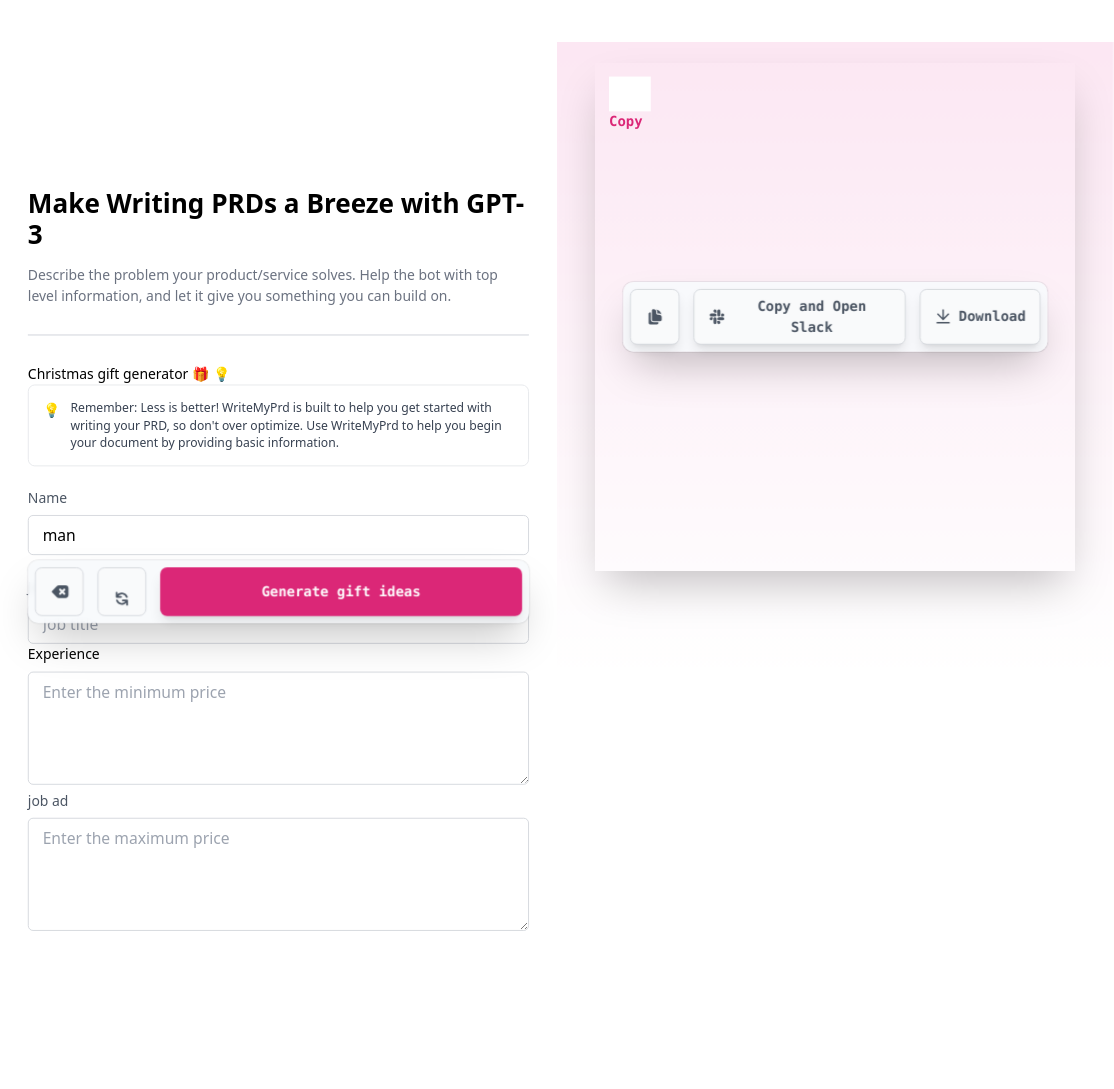
Repository: hamza-mastar/chatgpt-jpbad
Page: /
The author's editor kept a copy of each file at every save. The page is drawn from the files as they stood at one save, then again after the next save.
The browser window is 1280 px wide. The pictures show the whole page, at 87% of full size.
The project was rebuilt for these pictures with package versions that can differ from the ones it lists, and the page was loaded fresh each time. The framework's server and built-in components were replaced by stand-ins that run in the browser.

Above is the page before, as saved 2023-01-30 16:36:02.

### pages/_app.js
import 'tailwindcss/tailwind.css'

import '../styles/globals.css'

export default function MyApp({ Component, pageProps }) {
  return <Component {...pageProps} />
}

### pages/index.js
import Head from 'next/head';
import React from 'react';
import { useState } from 'react';
import ReactDOM from 'react-dom';
import {CopyToClipboard} from 'react-copy-to-clipboard';

import styles from './index.module.css';


// import './gifts.css'







export default function Home() {
  const [name, setName] = useState('man');
  const [job_title, setJob_title] = useState("");
  const [experience, setExperience] = useState("");
  const [job_ad, setJob_ad] = useState("");

  const [loading, setLoading] = useState(false);

  const [result, setResult] = useState('');


  const [copy,setCopy] = useState(false)

  async function onSubmit(event) {
    event.preventDefault();
    if (loading) {
      return;
    }
    setLoading(true);
    setResult('hamza');
    const response = await fetch('/api/generate-gifts', {
      method: 'POST',
      headers: {
        'Content-Type': 'application/json',
      },
      body: JSON.stringify({ name, job_title, experience, job_ad}),
    });
    const data = await response.json();
    setResult(data.result.replaceAll('\n', '<br />'));
    setLoading(false);

  }


  return (
    <>



    <dody class="h-full px-5 sm:px-6">
      <div class="flex relative sm:flex-col md: flex-col">

      <Head>
        <title>OpenAI Quickstart</title>
        <link rel="icon" href="/dog.png" />
      </Head>

      <main className={styles.main}>
     <div class="min-h-screen w-full lg:w-1/2 relative">
    <div class="h-full px-5 sm:px-6">
      <div class="h-full w-full max-w-xl mx-auto flex flex-col after:mt-auto after:flex-1">
        <header class="sm:flex-1 flex mb-auto sm:py-10 pt-6 items-center sm:justify-between flex-col sm:flex-row" >
          <div class="flex items-center justify-between h-24 md:h-20"> </div>

            {/* logo icone login  */}
            </header>
            <div class="flex-1 py-8">
           <div  class="mb-4" >
           <h1 class="text-3xl font-bold font-inter mb-2"> Make Writing PRDs a Breeze with GPT-3 </h1>
           <div class="text-gray-500 mt-4 mb-6"> Describe the problem your product/service solves. Help the bot with top level information, and let it give you something you can build on. </div>
           <div class="divide-y divide-gray-200 my-8 relative border"></div>





        <h3  >Christmas gift generator 🎁 💡</h3>
        <form  onSubmit={onSubmit} class="mb-12 relative">
        <div class="rounded-lg bg-white border p-4"><div class="flex"><div class="flex-shrink-0">💡</div><div class="ml-3 flex-1 md:flex md:justify-between"><p class="text-sm text-gray-700 font-medium"> Remember: Less is better! WriteMyPrd is built to help you get started with writing your PRD, so don't over optimize. Use WriteMyPrd to help you begin your document by providing basic information. </p></div></div></div>
        <div>
          <div class="py-6">
          <label class="relative transition text-gray-600 focus-within:text-gray-800 block" >Name</label>
          <input class="outline-none focus:outline-none text-lg bg-white rounded-md px-4 py-2 w-full border  focus:border-gray-400 border-gray-300 font-regular mt-2 transition-all undefined "
            type="text"
            name="name"
            placeholder="Enter the Name"
            value={name}
            onChange={(e) => setName(e.target.value)}
          />
          </div>


          <label class="relative transition text-gray-600 focus-within:text-gray-800 block">Job title</label>
          <input class="outline-none focus:outline-none text-lg bg-white rounded-md px-4 py-2 w-full border  focus:border-gray-400 border-gray-300 font-regular mt-2 transition-all undefined "
            type="text"
            name="job_title"
            placeholder="Job title"
            value={job_title}
            onChange={(e) => setJob_title(e.target.value)}
          />

          <label>Experience </label>
          <textarea class="form-textarea outline-none focus:outline-none text-lg bg-white rounded-md px-4 py-2 w-full border  focus:border-gray-400 border-gray-300 font-regular mt-2 transition-all undefined " rows="4"
          type="textarea"
          name="experience"
          placeholder="Enter the minimum price"
          value={experience}
          onChange={(e) => setExperience(e.target.value)} >

            </textarea>

          <label class="relative transition text-gray-600 focus-within:text-gray-800 block"> job ad</label>
          <textarea class="form-textarea outline-none focus:outline-none text-lg bg-white rounded-md px-4 py-2 w-full border  focus:border-gray-400 border-gray-300 font-regular mt-2 transition-all undefined " rows="4"
            type="text"
            name="job_ad"
            placeholder="Enter the maximum price"
            value={job_ad}
            onChange={(e) => setJob_ad(e.target.value)}
          ></textarea>


          <div class="sticky bottom-1 left-0 right-0 px-2 py-2 font-semibold text-sm text-slate-900 bg-slate-50/90 backdrop-blur-sm ring-1 ring-slate-900/10 space-x-4 rounded-xl shadow-2xl">
            <div class="flex gap-4 text-white text-sm font-bold font-mono leading-6 bg-stripes-indigo rounded-lg">
            <button id="clearAll" class="p-4 w-14 h-14 flex-none rounded-lg flex items-center justify-center bg-gray-50 border border-gray-300 text-gray-600 hover:bg-gray-100"><div tooltip="Clear All" position="top" class="w-full" data-v-47bc123b=""><svg class="w-6 h-6" fill="currentColor" viewBox="0 0 20 20" xmlns="http://www.w3.org/2000/svg"><path fill-rule="evenodd" d="M6.707 4.879A3 3 0 018.828 4H15a3 3 0 013 3v6a3 3 0 01-3 3H8.828a3 3 0 01-2.12-.879l-4.415-4.414a1 1 0 010-1.414l4.414-4.414zm4 2.414a1 1 0 00-1.414 1.414L10.586 10l-1.293 1.293a1 1 0 101.414 1.414L12 11.414l1.293 1.293a1 1 0 001.414-1.414L13.414 10l1.293-1.293a1 1 0 00-1.414-1.414L12 8.586l-1.293-1.293z" clip-rule="evenodd"></path></svg></div></button>
            <button id="re-generate-prd" class="w-14 h-14 flex-none rounded-lg flex items-center justify-center bg-gray-50 border border-gray-300 text-gray-600 hover:bg-gray-100"><div tooltip="Re-generate PRD" position="top" class="w-full" data-v-47bc123b=""><svg class="w-full mt-[30%] h-5 text-gray-600 mr-1" fill="currentColor" viewBox="0 0 20 20" xmlns="http://www.w3.org/2000/svg"><path fill-rule="evenodd" d="M4 2a1 1 0 011 1v2.101a7.002 7.002 0 0111.601 2.566 1 1 0 11-1.885.666A5.002 5.002 0 005.999 7H9a1 1 0 010 2H4a1 1 0 01-1-1V3a1 1 0 011-1zm.008 9.057a1 1 0 011.276.61A5.002 5.002 0 0014.001 13H11a1 1 0 110-2h5a1 1 0 011 1v5a1 1 0 11-2 0v-2.101a7.002 7.002 0 01-11.601-2.566 1 1 0 01.61-1.276z" clip-rule="evenodd"></path></svg></div></button>

          <input class="sm:p-4 p-3 pt-4 grow rounded-lg flex items-center justify-center bg-pink-600 hover:bg-pink-800 shadow-lg text-xs sm:text-base" type="submit" value="Generate gift ideas" />
          </div>
          </div>
          </div>
        </form>
        </div>
       </div>
        </div>
        </div>
          </div>

          {/* loging page ////////////////// */}
          <div class="relative lg:fixed right-0 bottom-0 lg:block lg:w-1/2 overflow-hidden sm:px-5 lg:h-full h-auto overflow-y-auto top-12">
          <div class="relative  lg:fixed right-0 bottom-0 lg:block lg:w-1/2 overflow-hidden sm:px-5 lg:h-full h-auto overflow-y-auto top-12">
            <div class="absolute inset-0 bg-gradient-to-b from-pink-100 to-white  -z-10" >
              <div class="relative lg:fixed right-0 bottom-0 lg:block lg:w-1/2 overflow-hidden sm:px-5 lg:h-full h-auto overflow-y-auto top-12">
                <div class="h-auto">
                <div class="p-6 pb-0 h-[calc(100vh-6rem)]" >
                <div class="form-textarea relative text-base  w-full p-4 px-8 overflow-scroll h-[calc(100%-1rem)] shadow-2xl flex items-center justify-center" >
                <div class="text-pink-600 font-mono text-left text-base font-semibold absolute top-4 left-4">
        {loading && (
          <div>
            <h3>Looking for the best gift ideas 🎁 💡</h3>
            <img src="/loading.gif" className={styles.loading} />
          </div>



        )}
        <div type="text" onChange={(e)=>seResult(e.target.result.replaceAll('\n', '<br/>'))}
        class="whitespace-pre-wrap text-gray-800 bg-white h-auto text-lg divide-y px-4 pt-5 pb-4 sm:p-6 sm:pb-4 "
          className={styles.result}
          dangerouslySetInnerHTML={{ __html: result }}



        />


      <CopyToClipboard text={result}
          onCopy={() =>setCopy(true)}>
           <button className={`${copy ? 'copied' : 'copy' }`}>
             {copy ? 'Copied' : "Copy"}
           </button>
        </CopyToClipboard>


        </div>
        <div class="sticky bottom-1 left-0 right-0 px-2 py-2 font-semibold text-sm text-slate-900 bg-slate-50/90 backdrop-blur-sm ring-1 ring-slate-900/10 space-x-4 rounded-xl shadow-2xl">
            <div class="flex gap-4 text-white text-sm font-bold font-mono leading-6 bg-stripes-indigo rounded-lg">
  <button class="grow h-16 p-0 sm:p-[1.1rem] w-20 sm:w-auto h-auto rounded-lg flex items-center justify-center bg-gray-50 border-gray-300 text-gray-600 hover:bg-gray-100 shadow-lg border"><svg xmlns="http://www.w3.org/2000/svg" viewBox="0 0 24 24" fill="currentColor" class="h-5 w-5 flex-shrink-0 text-gray-600"><path d="M7.5 3.375c0-1.036.84-1.875 1.875-1.875h.375a3.75 3.75 0 013.75 3.75v1.875C13.5 8.161 14.34 9 15.375 9h1.875A3.75 3.75 0 0121 12.75v3.375C21 17.16 20.16 18 19.125 18h-9.75A1.875 1.875 0 017.5 16.125V3.375z"></path><path d="M15 5.25a5.23 5.23 0 00-1.279-3.434 9.768 9.768 0 016.963 6.963A5.23 5.23 0 0017.25 7.5h-1.875A.375.375 0 0115 7.125V5.25zM4.875 6H6v10.125A3.375 3.375 0 009.375 19.5H16.5v1.125c0 1.035-.84 1.875-1.875 1.875h-9.75A1.875 1.875 0 013 20.625V7.875C3 6.839 3.84 6 4.875 6z"></path></svg>
  </button>
  <button class="p-4 grow w-auto h-16 rounded-lg flex items-center justify-center bg-gray-50 border border-gray-300 text-gray-600 hover:bg-gray-100 shadow-lg text-xs sm:text-base"><svg fill="currentColor" class="h-5 w-5 flex-shrink-0 text-gray-600 mr-2" viewBox="0 0 24 24" xmlns="http://www.w3.org/2000/svg"><path d="M6.194 14.644c0 1.16-.943 2.107-2.103 2.107a2.11 2.11 0 0 1-2.104-2.107 2.11 2.11 0 0 1 2.104-2.106h2.103v2.106zm1.061 0c0-1.16.944-2.106 2.104-2.106a2.11 2.11 0 0 1 2.103 2.106v5.274a2.11 2.11 0 0 1-2.103 2.106 2.108 2.108 0 0 1-2.104-2.106v-5.274zm2.104-8.455c-1.16 0-2.104-.948-2.104-2.107s.944-2.106 2.104-2.106a2.11 2.11 0 0 1 2.103 2.106v2.107H9.359zm0 1.06a2.11 2.11 0 0 1 2.103 2.107 2.11 2.11 0 0 1-2.103 2.106H4.092a2.11 2.11 0 0 1-2.104-2.106 2.11 2.11 0 0 1 2.104-2.107h5.267zm8.447 2.107c0-1.16.943-2.107 2.103-2.107a2.11 2.11 0 0 1 2.104 2.107 2.11 2.11 0 0 1-2.104 2.106h-2.103V9.356zm-1.061 0c0 1.16-.944 2.106-2.104 2.106a2.11 2.11 0 0 1-2.103-2.106V4.082a2.11 2.11 0 0 1 2.103-2.106c1.16 0 2.104.946 2.104 2.106v5.274zm-2.104 8.455c1.16 0 2.104.948 2.104 2.107s-.944 2.106-2.104 2.106a2.11 2.11 0 0 1-2.103-2.106v-2.107h2.103zm0-1.06a2.11 2.11 0 0 1-2.103-2.107 2.11 2.11 0 0 1 2.103-2.106h5.268a2.11 2.11 0 0 1 2.104 2.106 2.11 2.11 0 0 1-2.104 2.107h-5.268z"></path></svg> Copy and Open Slack </button>
  <button class="p-4 grow w-auto h-16 rounded-lg flex items-center justify-center bg-gray-50 border border-gray-300 text-gray-600 hover:bg-gray-100 shadow-lg text-xs sm:text-base"><svg class="h-5 w-5 flex-shrink-0 text-gray-600 fill-gray-600 mr-2" xmlns="http://www.w3.org/2000/svg" viewBox="0 0 24 24"><path fill="none" d="M0 0h24v24H0z"></path><path d="M3 19h18v2H3v-2zm10-5.828L19.071 7.1l1.414 1.414L12 17 3.515 8.515 4.929 7.1 11 13.17V2h2v11.172z"></path></svg> Download </button></div></div>
        </div>
        </div>


        </div>
        </div>
        </div>
        </div>
        </div>
      </main>
      </div>

      </dody>


    </>
  );
}
// Name Job_title Experience job_ad

### pages/index.module.css


@font-face {
  font-family: "ColfaxAI";
  src: url(https://cdn.openai.com/API/fonts/ColfaxAIRegular.woff2)
      format("woff2"),
    url(https://cdn.openai.com/API/fonts/ColfaxAIRegular.woff) format("woff");
  font-weight: normal;
  font-style: normal;
}
@font-face {
  font-family: "ColfaxAI";
  src: url(https://cdn.openai.com/API/fonts/ColfaxAIBold.woff2) format("woff2"),
    url(https://cdn.openai.com/API/fonts/ColfaxAIBold.woff) format("woff");
  font-weight: bold;
  font-style: normal;
}
/* .main,
.main input {
  font-size: 16px;
  line-height: 24px;
  color: #353740;
  font-family: "ColfaxAI", Helvetica, sans-serif;
}
.main {
  display: flex;
  flex-direction: column;
  align-items: center;
  padding-top: 60px;
}
.main .icon {
  width: 34px;
}
.main h3 {
  font-size: 32px;
  line-height: 40px;
  font-weight: bold;
  color: #202123;
  margin: 16px 0 40px;
}
.main form {
  display: flex;
  flex-direction: column;
  width: 320px;
}
.main input[type="text"] {
  padding: 12px 16px;
  border: 1px solid #10a37f;
  border-radius: 4px;
  margin-bottom: 24px;
  outline-color: #10a37f;
}
.main ::placeholder {
  color: #8e8ea0;
  opacity: 1;
}
.main input[type="submit"] {
  padding: 12px 0;
  color: #fff;
  background-color: #10a37f;
  border: none;
  border-radius: 4px;
  text-align: center;
  cursor: pointer;
}
.main .result {
  padding: 100px;
  font-weight: bold;
  margin-top: 40px;
  position:absolute;
  display: flex;
  justify-content: end;
} */

.main .loading {
  width: 50;
}

/* .main input[type="text"],
.main input[type="number"],
.main select {
  padding: 12px 16px;
  border: 1px solid #10a37f;
  border-radius: 4px;
  margin-bottom: 12px;
  margin-top: 4px;
}
.hamza {
  background-color: #10a37f;
} */






.relative {
  position: relative;
}

.nano {
  background-color: white;
  color: black;
  display: flex;
  overflow: scroll;
}

.form-textarea{
  border-width: 1px;
  --tw-border-opacity: 1;
  border-color: rgb(209 213 219 / var(--tw-border-opacity));
  --tw-bg-opacity: 1;
  background-color: rgb(255 255 255 / var(--tw-bg-opacity));
  height: 600px;
  width: 600px;
}

.texxt-base {
  font-size: 18px;
  line-height: 1.5;
  letter-spacing: -.01em;
  color: black

}
.typed {
  color: #1f2937;
  white-space: break-spaces;
  font-size: 100px;
}
@media only screen and (max-width: 600px) {
  .goho {
    width: auto;
    display: flex;
    justify-content:center ;

  }
}

Loaded but not shown: styles/globals.css (common file); tailwind.config.js (common file)

After the next save:
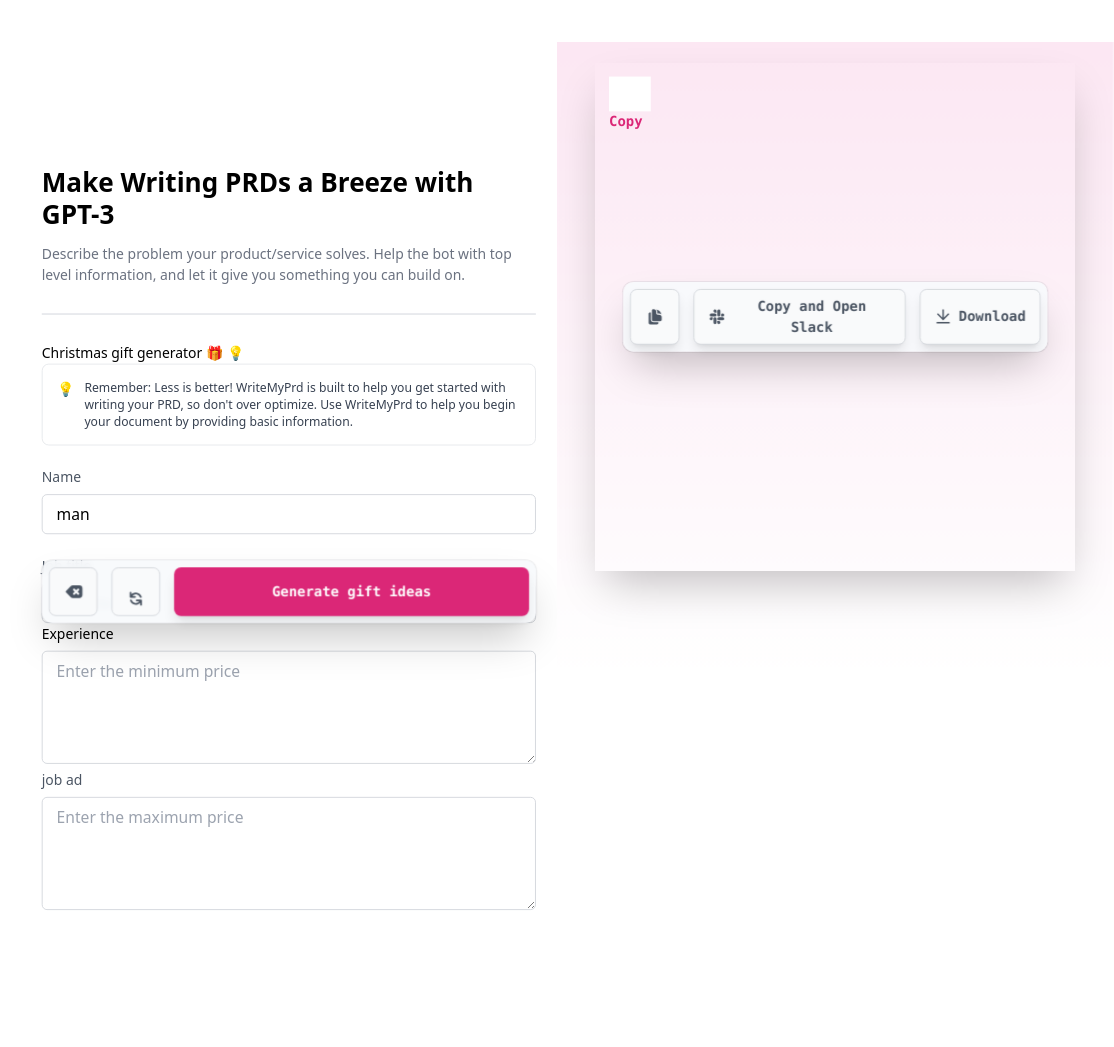
Saved 43 s later.
--- a/pages/index.js
+++ b/pages/index.js
@@ -54,7 +54,7 @@ export default function Home() {
 
 
 
-    <dody class="h-full px-5 sm:px-6">
+    <body class="h-full px-5 sm:px-6">
       <div class="flex relative sm:flex-col md: flex-col">
 
       <Head>
@@ -197,7 +197,7 @@ export default function Home() {
       </main>
       </div>
 
-      </dody>
+      </body>
 
 
     </>
